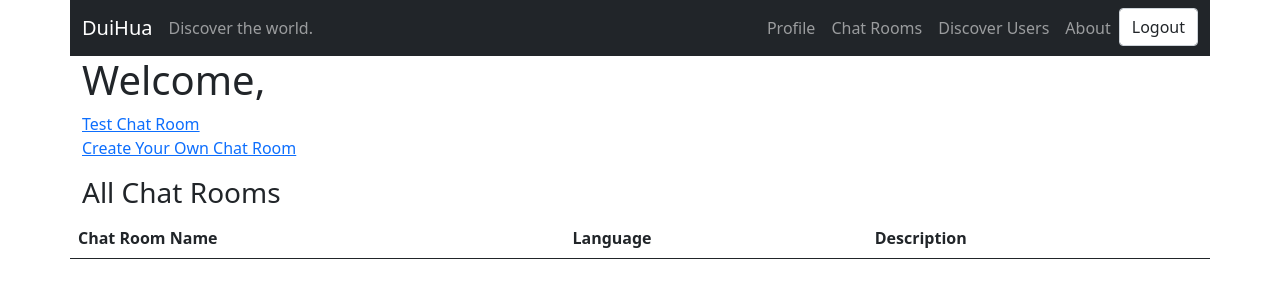
Repository: Norgalador/DuiHuaApp
Page: http://localhost/DuiHua/WEB-INF/homePage.jsp
These files come from the project's save history. The page is drawn as it stood at one moment and after the next save; the edit follows.
The browser window is 1280 px wide. The pictures show the whole page.
The page is served by Tomcat 9. Nobody is signed in. The template is opened directly, without the code that normally fills it, so the values that code supplies are empty.

Above is the page before, as saved 2022-09-08 22:01:26.

After the next save:
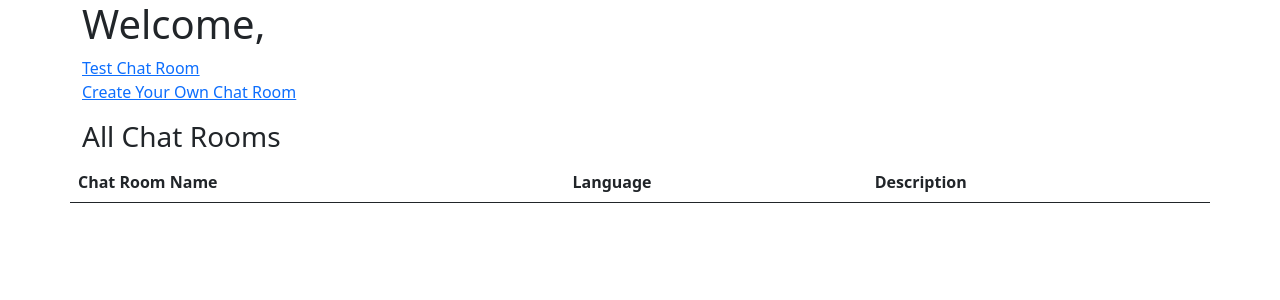
Saved 89 s later.
--- a/DuiHua/src/main/webapp/WEB-INF/homePage.jsp
+++ b/DuiHua/src/main/webapp/WEB-INF/homePage.jsp
@@ -16,7 +16,7 @@
 </head>
 <body>
 	<div class="container">
-		<div class="row">
+		<%-- <div class="row">
 			<nav class="navbar navbar-expand-lg navbar-dark bg-dark"> <a
 				class="navbar-brand" href="#">DuiHua</a>
 			<button class="navbar-toggler" type="button" data-toggle="collapse"
@@ -44,7 +44,7 @@
 
 			</div>
 			</nav>
-		</div>
+		</div> --%>
 		<h1>
 			Welcome,
 			<c:out value="${currentUser.username}"></c:out>
